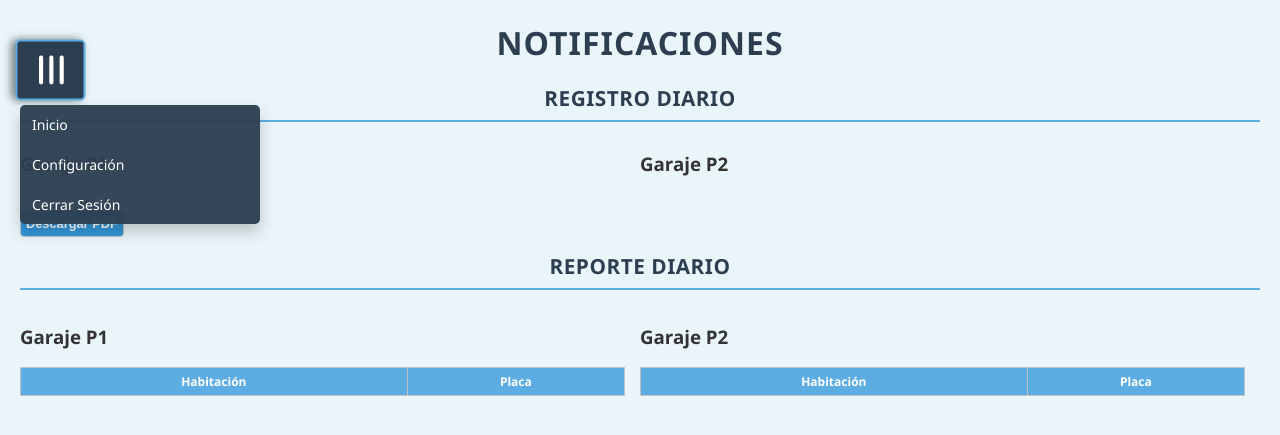
Repository: EddyWebz/base-datos
Page: privado/report.html
An editor plug-in stored every save of this project. The page is shown before and after the next save, followed by the edit.
The browser window is 1280 px wide. The pictures show the whole page.
After loading, the first visible `button.menu-icon` was clicked once.
The page's requests for data from a server got no answer.

Above is the page before, as saved 2024-08-29 17:00:13.

### privado/report.html
<!DOCTYPE html>
<html lang="es">
<head>
    <meta charset="UTF-8">
    <meta name="viewport" content="width=device-width, initial-scale=1, maximum-scale=1, user-scalable=no"> <!-- Desactiva el zoom -->
    <title>Notificaciones y Reportes de Vehículos</title>
    <!-- Vinculación al archivo CSS de notificaciones -->
    <link rel="apple-touch-icon" sizes="180x180" href="/ico.rep/apple-touch-icon.png">
    <link rel="icon" type="image/png" sizes="32x32" href="/ico.rep/favicon-32x32.png">
    <link rel="icon" type="image/png" sizes="16x16" href="/ico.rep/favicon-16x16.png">
    <link rel="manifest" href="/ico.rep/site.webmanifest">
    <link rel="stylesheet" href="/notif.css">
    <!-- Iconos de Font Awesome -->
    <link rel="stylesheet" href="https://cdnjs.cloudflare.com/ajax/libs/font-awesome/6.0.0-beta3/css/all.min.css">
    <script src="https://cdnjs.cloudflare.com/ajax/libs/html2pdf.js/0.9.2/html2pdf.bundle.min.js"></script>
</head>
<body>
    <!-- Menú desplegable -->
    <div class="dropdown-menu">
        <button class="menu-icon">
            <i class="fas fa-bars"></i> <!-- Ícono de Font Awesome -->
        </button>
        <div class="dropdown-content">
            <a href="#" id="home-link">Inicio</a>
            <a href="#" id="home-link">Configuración</a>
            <a href="#" id="logout-button">Cerrar Sesión</a>
        </div>
    </div>

    <!-- Encabezado de la página -->
    <header>
        <h1>Notificaciones</h1>
    </header>

    <!-- Sección de Notificaciones Activas -->
    <section id="notificaciones">
        <h2>Registro Diario</h2>
        <div class="notificaciones-garajes">
            <div class="garaje">
                <h3>Garaje P1</h3>
                <div id="notificaciones-contenedor-P1" class="notificaciones-contenedor">
                    <!-- Las notificaciones dinámicas de P1 se insertarán aquí -->
                </div>
            </div>
            <div class="garaje">
                <h3>Garaje P2</h3>
                <div id="notificaciones-contenedor-P2" class="notificaciones-contenedor">
                    <!-- Las notificaciones dinámicas de P2 se insertarán aquí -->
                </div>
            </div>
        </div>
    </section>

    <!-- Sección de Reportes -->
    <form id="form-reporte">
        <!-- Botón de Imprimir -->
        <button type="button" id="btn-imprimir">Descargar PDF</button>
    </form>
    <h2>Reporte Diario</h2>

    <div class="reportes-garajes" id="Imprimir">
        <div class="garaje">
            <h3>Garaje P1</h3>
            <table id="tabla-reporte-P1" class="compact-table">
                <thead>
                    <tr>
                        <th>Habitación</th>
                        <th>Placa</th>
                    </tr>
                </thead>
                <tbody>
                    <!-- Las filas de datos se insertarán dinámicamente aquí -->
                </tbody>
            </table>
        </div>

        <div class="garaje">
            <h3>Garaje P2</h3>
            <table id="tabla-reporte-P2" class="compact-table">
                <thead>
                    <tr>
                        <th>Habitación</th>
                        <th>Placa</th>
                    </tr>
                </thead>
                <tbody>
                    <!-- Las filas de datos se insertarán dinámicamente aquí -->
                </tbody>
            </table>
        </div>
    </div>

    <!-- Vinculación al archivo JavaScript de notificaciones y reportes -->
    <script src="/report.js"></script>
</body>
</html>

### BASE-2/notif.css
/* Estilos Generales */
body {
    font-family: 'Segoe UI', Tahoma, Geneva, Verdana, sans-serif;
    background-color: #e9f5f9; /* Un fondo azul claro suave */
    color: #333;
    margin: 20px;
    padding: 0;
    box-sizing: border-box;
}

/* Encabezado */
header h1 {
    text-align: center;
    color: #2c3e50;
    font-size: 2em;
    margin-bottom: 20px;
    text-transform: uppercase;
    letter-spacing: 1px;
    animation: fadeIn 1s ease-in-out;
}

/* Estilo unificado para h2 */
h2 {
    color: #2c3e50; /* Un color azul oscuro */
    font-size: 1.3em; /* Tamaño de fuente ajustado */
    font-weight: bold;
    text-align: center; /* Centrar los títulos */
    margin-top: 15px;
    margin-bottom: 15px;
    padding-bottom: 8px;
    border-bottom: 2px solid #5dade2; /* Añadir un borde inferior para separar visualmente */
    letter-spacing: 0.5px;
    text-transform: uppercase; /* Convertir a mayúsculas para consistencia */
    animation: fadeIn 1s ease-in-out;
}

/* Sección de Notificaciones */
#notificaciones h2 {
    margin-bottom: 10px;
    animation: fadeIn 1s ease-in-out;
}

.notificaciones-garajes {
    display: flex;
    justify-content: space-between; /* Permite que los contenedores de garaje ocupen todo el ancho */
}

.garaje {
    flex: 1;
    margin-right: 15px; /* Reducir espacio entre columnas de garajes */
}

.notificaciones-contenedor {
    display: flex;
    flex-direction: column;
    gap: 3px; /* Reducir el espacio entre notificaciones */
    animation: slideInUp 0.5s ease-in-out;
}

.notificacion {
    background-color: #ffffff;
    border-left: 3px solid #5dade2; /* Azul suave para el borde */
    padding: 3px; /* Reducir padding interno */
    box-shadow: 0 2px 4px rgba(0, 0, 0, 0.1);
    border-radius: 4px;
    width: 100%;  /* Ocupa todo el ancho disponible */
    transition: transform 0.3s ease, box-shadow 0.3s ease;
    cursor: pointer;
    font-size: 0.9em; /* Reducir tamaño de la fuente */
}

.notificacion:hover {
    transform: translateY(-2px);
    box-shadow: 0 4px 6px rgba(0, 0, 0, 0.15);
}

/* Botón Descargar PDF */
button {
    padding: 8px 16px; /* Reducir tamaño del botón */
    background-color: #3498db;
    border: none;
    border-radius: 5px;
    color: white;
    font-weight: bold;
    cursor: pointer;
    transition: background-color 0.3s ease;
    margin-top: 15px; /* Agregar margen superior para separarlo del contenido */
}

button:hover {
    background-color: #2980b9;
}

/* Sección de Reportes */
#reportes h2 {
    margin-bottom: 10px;
    animation: fadeIn 1s ease-in-out;
}

#form-reporte {
    display: flex;
    flex-wrap: wrap;
    gap: 10px;
    margin-bottom: 10px;
}

#form-reporte input, #form-reporte button {
    padding: 5px;
    border-radius: 4px;
    border: 1px solid #bdc3c7;
    font-size: 0.8em;
}

#form-reporte button {
    background-color: #3498db; /* Azul suave para el botón */
    color: #ffffff;
    cursor: pointer;
    transition: background-color 0.3s ease, transform 0.3s ease;
}

#form-reporte button:hover {
    background-color: #2980b9; /* Azul más oscuro al pasar el ratón */
    transform: translateY(-2px);
}

/* Tablas de Reportes */
.reportes-garajes {
    display: flex;
    justify-content: space-between; /* Permite que las tablas de garaje ocupen todo el ancho */
}

.compact-table {
    width: 100%;
    border-collapse: collapse;
    margin-bottom: 15px; /* Reducir espacio inferior */
    font-size: 0.75em; /* Reducir tamaño de la fuente */
}

.compact-table th, .compact-table td {
    border: 1px solid #bdc3c7;
    padding: 5px; /* Reducir padding */
    text-align: center;
    background-color: #f2f6f9; /* Azul claro suave */
    color: #2c3e50;
    transition: background-color 0.3s ease;
}

.compact-table th {
    background-color: #5dade2; /* Azul suave para encabezados */
    color: white;
}

.compact-table tr:nth-child(even) {
    background-color: #ecf7fa; /* Azul aún más claro */
}

.compact-table tr:hover {
    background-color: #d0e9f5; /* Color al pasar el ratón */
}

/* Estilo del menú desplegable */
.dropdown-menu {
    position: absolute;
    top: 20px;
    left: 20px;
    z-index: 1000;
}

.menu-icon {
    background-color: #2c3e50;
    color: #ffffff;
    border: 2px solid #5dade2;
    padding: 8px;
    border-radius: 5px;
    cursor: pointer;
    font-size: 18px;
    transition: padding 0.6s cubic-bezier(0.4, 0.0, 0.2, 1),
                font-size 0.6s cubic-bezier(0.4, 0.0, 0.2, 1),
                background-color 0.6s ease,
                transform 0.6s cubic-bezier(0.4, 0.0, 0.2, 1);
    box-shadow: 0 4px 8px rgba(0, 0, 0, 0.5);
    transform: rotate(0deg);
}

/* Aumentar tamaño en pantallas grandes */
@media (min-width: 792px) {
    .menu-icon {
        padding: 14px;
        font-size: 33px;
    }
    .dropdown-content {
        min-width: 240px; /* Aumentar el ancho del menú */
    }

    .dropdown-content a {
        padding: 15px 18px; /* Aumentar padding de los enlaces */
        font-size: 18px; /* Aumentar tamaño de la fuente */
    }
    .dropdown-content.show {
        opacity: 1;
        visibility: visible;
        transform: translateY(0);
        min-width: 240px; /* Aumentar el ancho del menú */
    }

}

.menu-icon:hover {
    background-color: #34495e;
    transform: scale(1.1);
}

.menu-icon.open {
    transform: rotate(90deg);
    transition: transform 0.6s cubic-bezier(0.4, 0.0, 0.2, 1);
}

/* Estilo del contenido desplegable con animación */
.dropdown-content {
    position: absolute;
    left: 0;
    top: 100%;
    background-color: rgba(44, 62, 80, 0.95);
    min-width: 160px;
    box-shadow: 0px 8px 16px 0px rgba(0,0,0,0.2);
    border-radius: 5px;
    z-index: 1001;
    opacity: 0;
    visibility: hidden;
    transform: translateY(-20px);
    transition: opacity 0.6s cubic-bezier(0.4, 0.0, 0.2, 1),
                transform 0.6s cubic-bezier(0.4, 0.0, 0.2, 1),
                visibility 0.6s;
}

.dropdown-content.show {
    opacity: 1;
    visibility: visible;
    transform: translateY(0);
}

.dropdown-content a {
    color: #ffffff;
    padding: 10px 12px;
    text-decoration: none;
    display: block;
    transition: background-color 0.4s ease;
    border-bottom: 1px solid #34495e;
    font-size: 14px;
}

.dropdown-content a:last-child {
    border-bottom: none;
}

.dropdown-content a:hover {
    background-color: #5dade2;
}

/* Animaciones */
@keyframes fadeIn {
    0% { opacity: 0; }
    100% { opacity: 1; }
}

@keyframes slideInUp {
    0% {
        transform: translateY(30px);
        opacity: 0;
    }
    100% {
        transform: translateY(0);
        opacity: 1;
    }
}

/* Estilos específicos para impresión */
@media print {
    body {
        background-color: white; /* Asegura un fondo blanco para la impresión */
        color: black; /* Asegura que el texto sea negro */
    }

    #reportes h2, #reportes h3 {
        color: black; /* Asegura que los títulos sean visibles */
    }

    #reportes table {
        width: 100%;
        border-collapse: collapse;
    }

    /* Reducir tamaño de fuente y padding en celdas */
    #reportes th, #reportes td {
        border: 1px solid #000;
        padding: 0px;
        text-align: center;
        height: 6px;
        font-size: 10px;
        background-color: white;
        color: black;
    }

    #reportes th {
        background-color: #ddd;
        color: black;
    }

    #reportes td {
        color: black;
    }

    /* Ocultar elementos no necesarios en la impresión */
    button, #form-reporte {
        display: none;
    }

    /* Ajuste para impresión en una sola página */
    #reportes {
        page-break-before: always;
    }
}

### BASE-2/report.js
document.addEventListener('DOMContentLoaded', () => {
    actualizarNotificaciones();
    generarReporteAutomatico(); // Generar el reporte automáticamente al cargar la página

    // Configurar auto-actualización cada 5 minutos para notificaciones y reporte
    setInterval(actualizarNotificaciones,  1 * 60 * 60 * 1000);
    setInterval(generarReporteAutomatico,  1 * 60 * 60 * 1000);

    // Configurar botón de impresión/descarga
    document.getElementById('btn-imprimir').addEventListener('click', imprimirReporte);

    // Redirección al hacer clic en el enlace "Inicio"
    const homeLink = document.getElementById('home-link');
    homeLink.addEventListener('click', () => {
        window.location.href = '/privado/cuerpo.html';
    });

    // Lógica para cerrar sesión
    const logoutButton = document.getElementById('logout-button');
    logoutButton.addEventListener('click', async () => {
        const response = await fetch('/logout', {
            method: 'POST',
            headers: {
                'Content-Type': 'application/json'
            }
        });

        if (response.ok) {
            window.location.href = '/login'; // Redirigir a la página de inicio de sesión después de cerrar sesión
        } else {
            alert('Error al cerrar sesión. Inténtalo de nuevo.');
        }
    });

    // ---- FUNCIONES DE INTERACCIÓN PARA EL MENÚ ----
    const menuIcon = document.querySelector('.menu-icon');
    const dropdownContent = document.querySelector('.dropdown-content');

    menuIcon.addEventListener('click', () => {
        dropdownContent.classList.toggle('show');
        menuIcon.classList.toggle('open');
    });

    window.addEventListener('click', (e) => {
        if (!menuIcon.contains(e.target) && !dropdownContent.contains(e.target)) {
            dropdownContent.classList.remove('show');
            menuIcon.classList.remove('open');
        }
    });
});

// Resto del código...

// Función para obtener y actualizar las notificaciones activas
function actualizarNotificaciones() {
    fetch('/api/notas/notificaciones')
        .then(response => response.json())
        .then(data => {
            console.log('Notificaciones recibidas:', data); // Para depuración

            const contenedorP1 = document.getElementById('notificaciones-contenedor-P1');
            const contenedorP2 = document.getElementById('notificaciones-contenedor-P2');
            contenedorP1.innerHTML = ''; // Limpiar contenido previo
            contenedorP2.innerHTML = ''; // Limpiar contenido previo

            data.P1.forEach(notificacion => {
                const div = document.createElement('div');
                div.classList.add('notificacion');
                div.innerHTML = `<p><strong>Habitación:</strong> ${notificacion.habitacion} <strong>Placa:</strong> ${notificacion.plate}</p>`;
                contenedorP1.appendChild(div);
            });

            data.P2.forEach(notificacion => {
                const div = document.createElement('div');
                div.classList.add('notificacion');
                div.innerHTML = `<p><strong>Habitación:</strong> ${notificacion.habitacion} <strong>Placa:</strong> ${notificacion.plate}</p>`;
                contenedorP2.appendChild(div);
            });
        })
        .catch(error => console.error('Error al obtener notificaciones:', error));
}

// Función para generar y actualizar el reporte automático de vehículos en garaje
function generarReporteAutomatico() {
    fetch('/api/notas/reportes')
        .then(response => response.json())
        .then(data => {
            console.log('Datos del reporte recibidos:', data); // Para depuración

            const tbodyP1 = document.getElementById('tabla-reporte-P1').querySelector('tbody');
            const tbodyP2 = document.getElementById('tabla-reporte-P2').querySelector('tbody');
            tbodyP1.innerHTML = ''; // Limpiar contenido previo
            tbodyP2.innerHTML = ''; // Limpiar contenido previo

            data.P1.forEach(registro => {
                const tr = document.createElement('tr');
                tr.innerHTML = `<td>${registro.habitacion}</td><td>${registro.plate}</td>`;
                tbodyP1.appendChild(tr);
            });

            data.P2.forEach(registro => {
                const tr = document.createElement('tr');
                tr.innerHTML = `<td>${registro.habitacion}</td><td>${registro.plate}</td>`;
                tbodyP2.appendChild(tr);
            });
        })
        .catch(error => console.error('Error al generar el reporte:', error));
}

// Función para imprimir o descargar el reporte como PDF
function imprimirReporte() {
    // Verificar si la página ya ha sido recargada
    if (!window.location.hash) {
        window.location = window.location + '#imprimir';
        window.location.reload();
    } else {
        // Si ya ha sido recargada, procede a imprimir solo la parte del reporte
        const printContents = document.getElementById('Imprimir').innerHTML;
        const originalContents = document.body.innerHTML;

        document.body.innerHTML = printContents;
        window.print();
        document.body.innerHTML = originalContents;

        // Esto es para evitar que la URL tenga el hash #imprimir
        window.history.replaceState('', document.title, window.location.pathname);
    }
}

// Refrescar la página después de cerrar el cuadro de diálogo de impresión
window.addEventListener('afterprint', function() {
    window.location.reload();
});

After the next save:
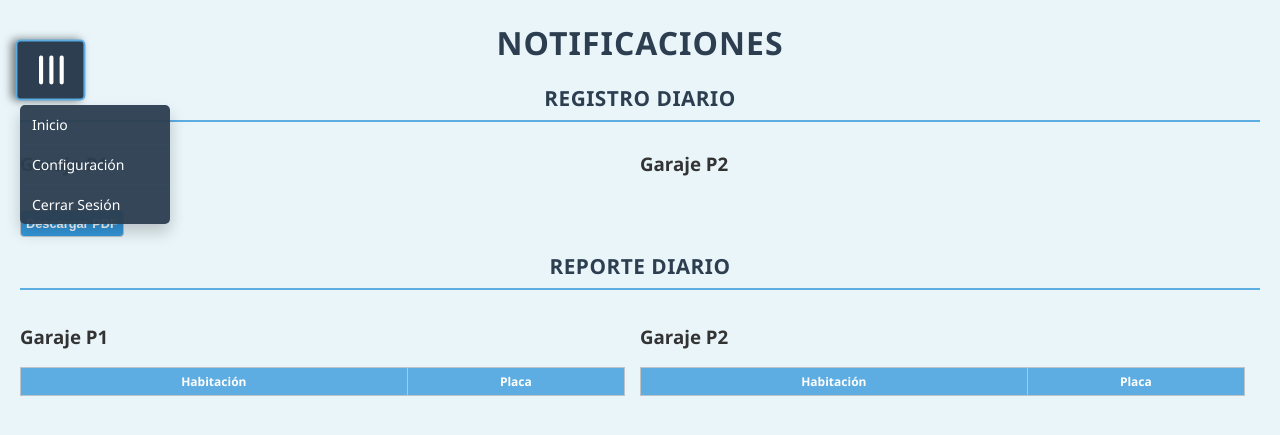
Saved 3 min 26 s later.
--- a/BASE-2/notif.css
+++ b/BASE-2/notif.css
@@ -200,7 +200,7 @@ button:hover {
         opacity: 1;
         visibility: visible;
         transform: translateY(0);
-        min-width: 240px; /* Aumentar el ancho del menú */
+        min-width: 150px; /* Aumentar el ancho del menú */
     }
 
 }
